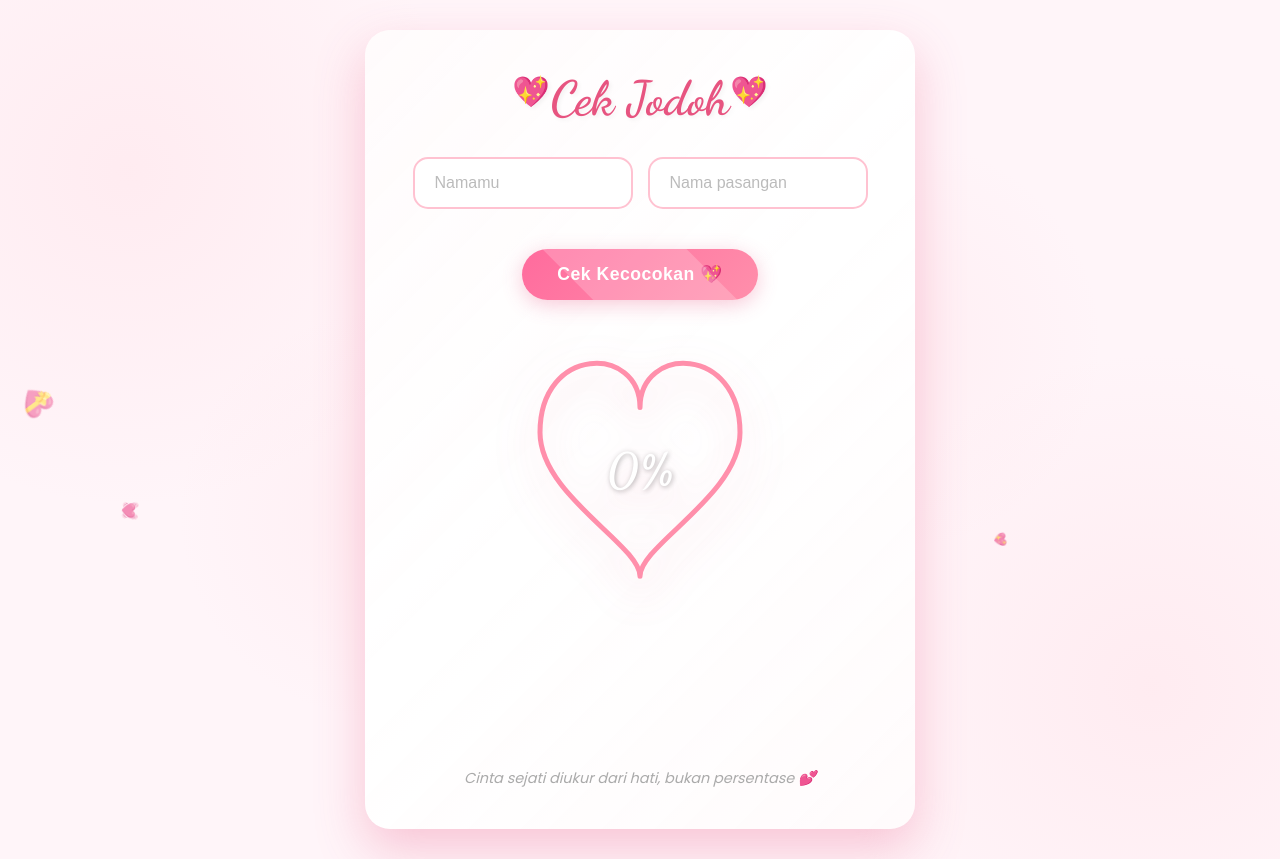
Repository: zhr-nabila/cek-jodoh
Page: cek.html
The author's editor kept a copy of each file at every save. The page is drawn from the files as they stood at one save, then again after the next save.
The browser window is 1280 px wide. The pictures show the whole page.

Above is the page before, as saved 2025-06-10 00:40:14.

After the next save:
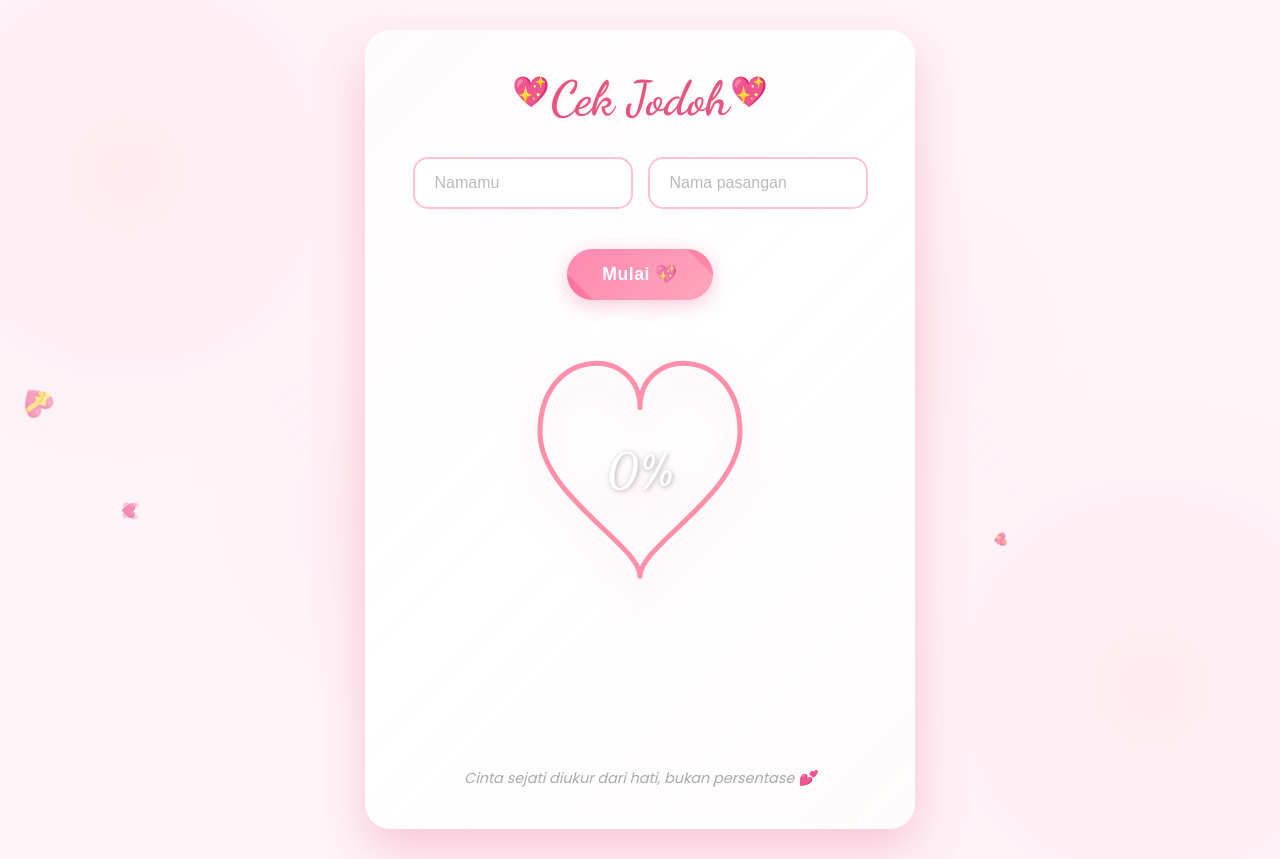
Saved 40 s later.
--- a/cek.html
+++ b/cek.html
@@ -533,7 +533,7 @@
       </div>
 
       <button onclick="hitung()" class="animate__animated animate__fadeIn">
-        Cek Kecocokan 💖
+        Mulai 💖
       </button>
 
       <div class="love-meter-container">
